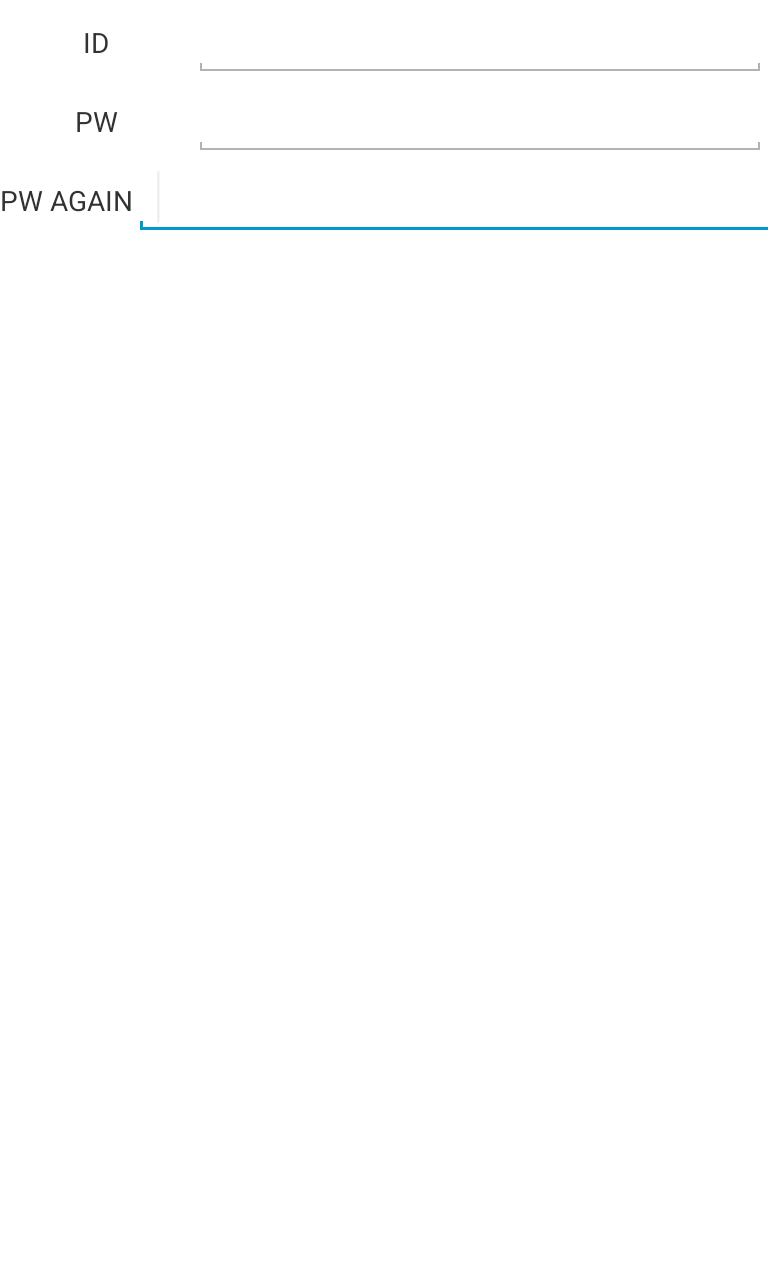
Repository: mewards/Android_Study
Layout: hw/wooil/hw4/res/layout/join.xml
An editor plug-in stored every save of this project. The layout is shown before and after the next save, followed by the edit.
It is drawn on a 768 x 1280 px phone screen (xhdpi) without system bars, with theme AppTheme; the app's code is not run.

Above is the layout before, as saved 2014-03-04 05:32:32.

### hw/wooil/hw4/res/layout/join.xml
<?xml version="1.0" encoding="utf-8"?>
<LinearLayout xmlns:android="http://schemas.android.com/apk/res/android"
    android:layout_width="match_parent"
    android:layout_height="match_parent"
    android:orientation="vertical" >

    <LinearLayout
        android:layout_width="match_parent"
        android:layout_height="wrap_content"
        android:orientation="horizontal" >

        <TextView
            android:id="@+id/id_txt"
            android:layout_width="0dp"
            android:layout_height="wrap_content"
            android:layout_weight="1"
            android:gravity="center"
            android:text="ID" />

        <EditText
            android:id="@+id/id_edit"
            android:layout_width="0dp"
            android:layout_height="wrap_content"
            android:layout_weight="3"
            android:ems="10" >

            <requestFocus />
        </EditText>
    </LinearLayout>

    <LinearLayout
        android:layout_width="match_parent"
        android:layout_height="wrap_content"
        android:orientation="horizontal" >

        <TextView
            android:id="@+id/pw_txt"
            android:layout_width="0dp"
            android:layout_height="wrap_content"
            android:layout_weight="1"
            android:gravity="center"
            android:text="PW" />

        <EditText
            android:id="@+id/pw_edit"
            android:layout_width="0dp"
            android:layout_height="wrap_content"
            android:layout_weight="3"
            android:ems="10" >

            <requestFocus />
        </EditText>
    </LinearLayout>

    <LinearLayout
        android:layout_width="match_parent"
        android:layout_height="wrap_content"
        android:orientation="horizontal" >

        <TextView
            android:id="@+id/pwc_txt"
            android:layout_width="0dp"
            android:layout_height="wrap_content"
            android:layout_weight="1"
            android:gravity="center"
            android:text="PW AGAIN" />

        <EditText
            android:id="@+id/pwc_edit"
            android:layout_width="match_parent"
            android:layout_height="wrap_content"
            android:ems="10" >

            <requestFocus />
        </EditText>
    </LinearLayout>

</LinearLayout>

Loaded but not shown: hw/wooil/hw4/res/values/styles.xml (common file); hw/wooil/hw4/res/values-v11/styles.xml (common file); hw/wooil/hw4/res/values-v14/styles.xml (common file)

After the next save:
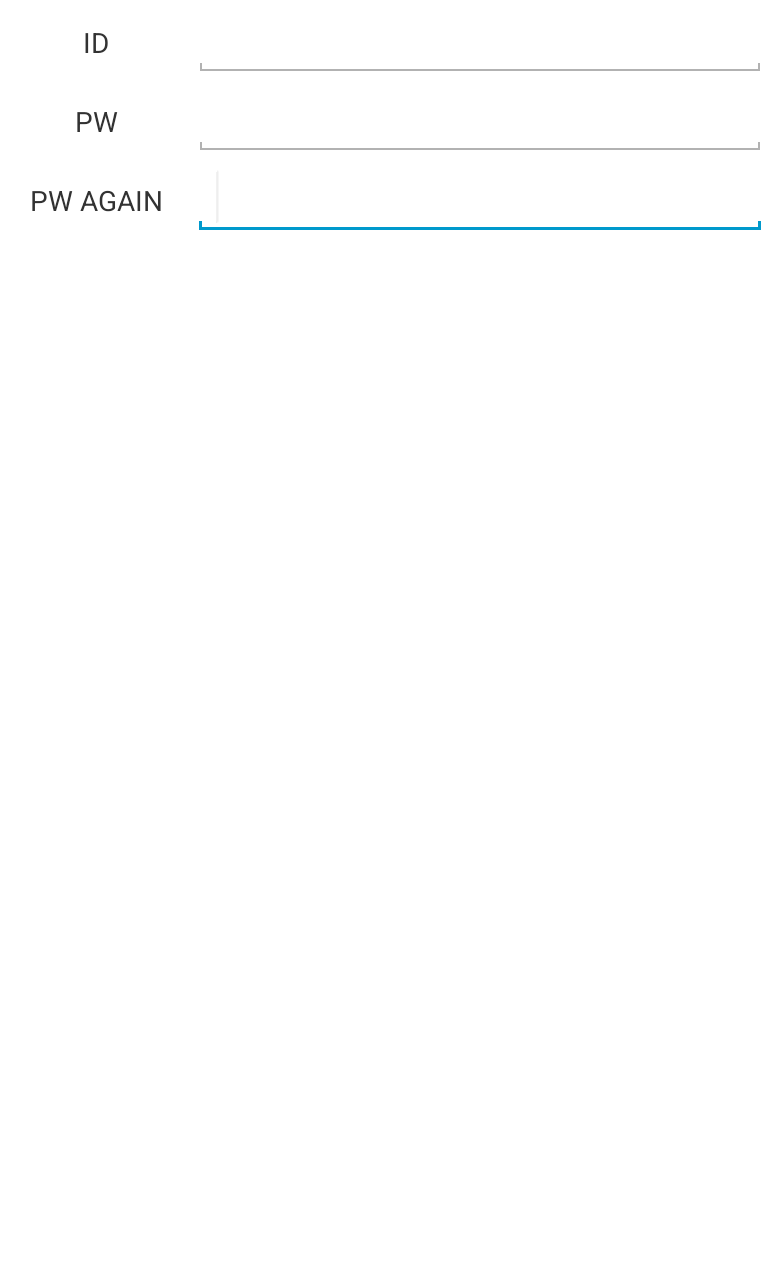
Saved 13 s later.
--- a/hw/wooil/hw4/res/layout/join.xml
+++ b/hw/wooil/hw4/res/layout/join.xml
@@ -67,8 +67,9 @@
 
         <EditText
             android:id="@+id/pwc_edit"
-            android:layout_width="match_parent"
+            android:layout_width="0dp"
             android:layout_height="wrap_content"
+            android:layout_weight="3"
             android:ems="10" >
 
             <requestFocus />
